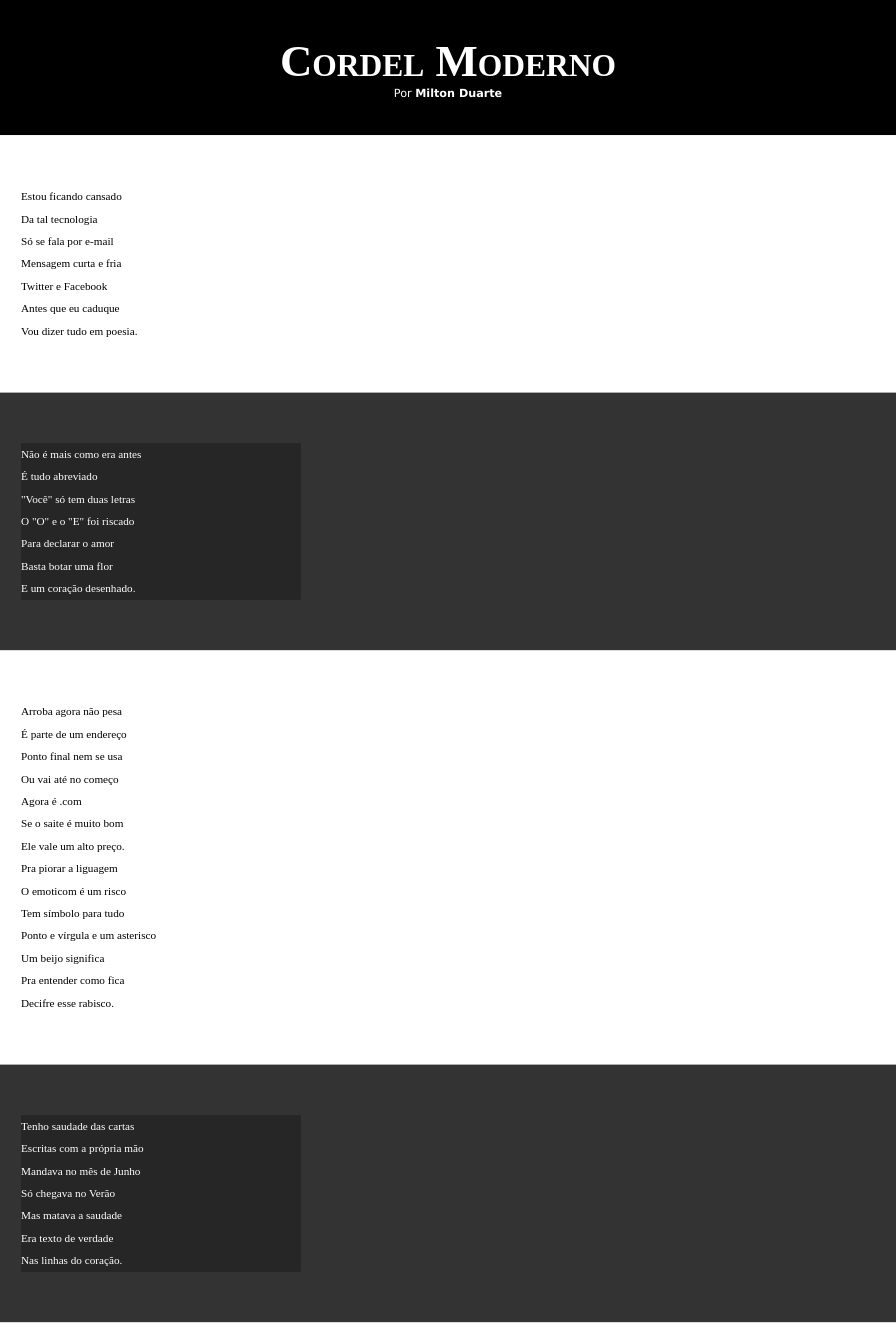
Repository: gustavotwist/projeto-cordel
Page: index.html
The author's editor kept a copy of each file at every save. The page is drawn from the files as they stood at one save, then again after the next save.
The browser window is 1280 px wide. The pictures show the part of the page from y = 0 to 1920 px (the page is 2520 px tall before and 4472 px after), at 70% of full size.
Some web fonts or font styles are not loaded; a fallback is used.

Above is the page before, as saved 2024-04-23 21:53:13.

After the next save:
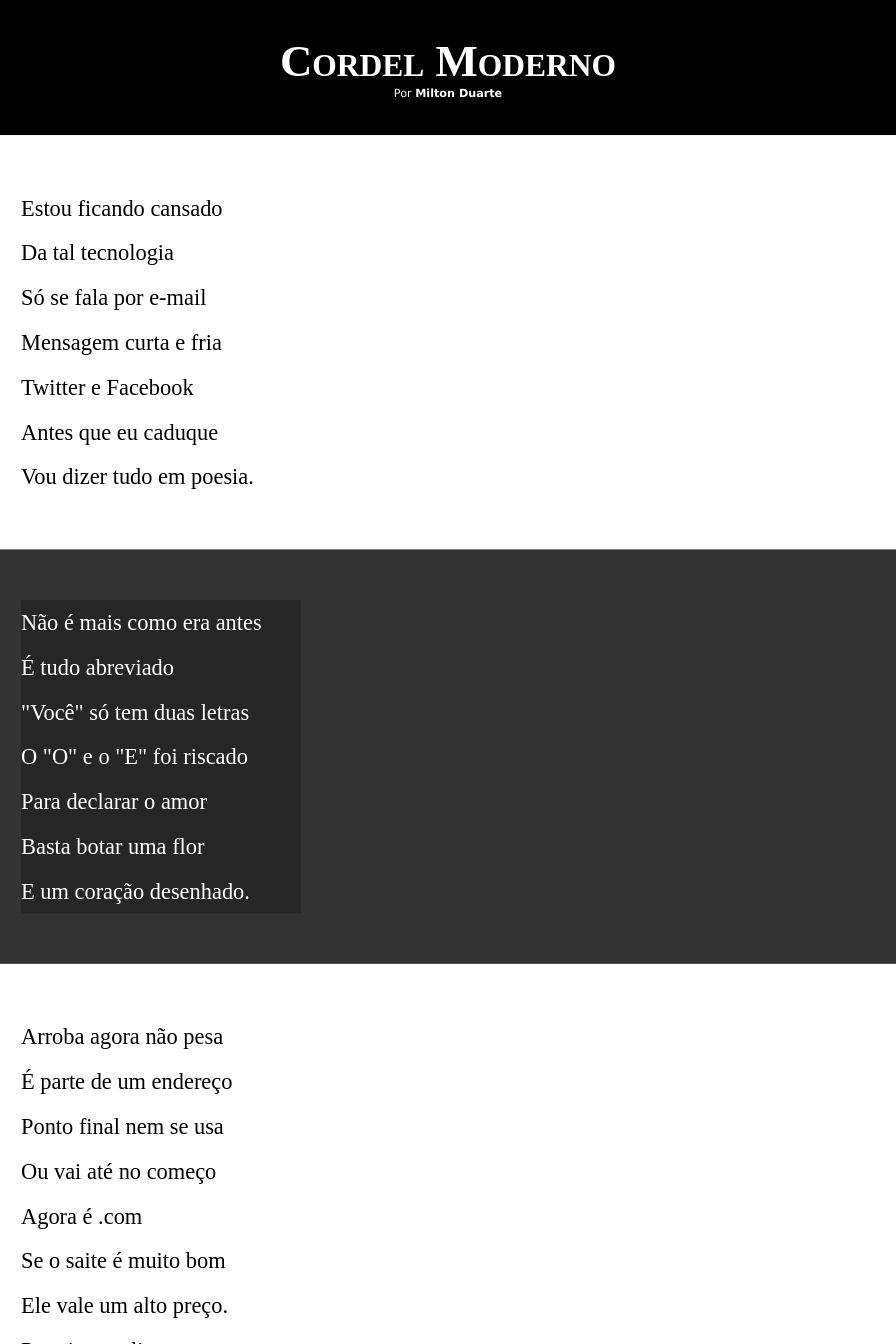
Saved 7 s later.
--- a/estilo/style.css
+++ b/estilo/style.css
@@ -56,7 +56,7 @@ section {
     line-height: 2em;
     padding-left: 30px;
     font-family: var(--fonte3);
-    font-size: ;
+    font-size: 2em;
 }
 
 section.normal {
